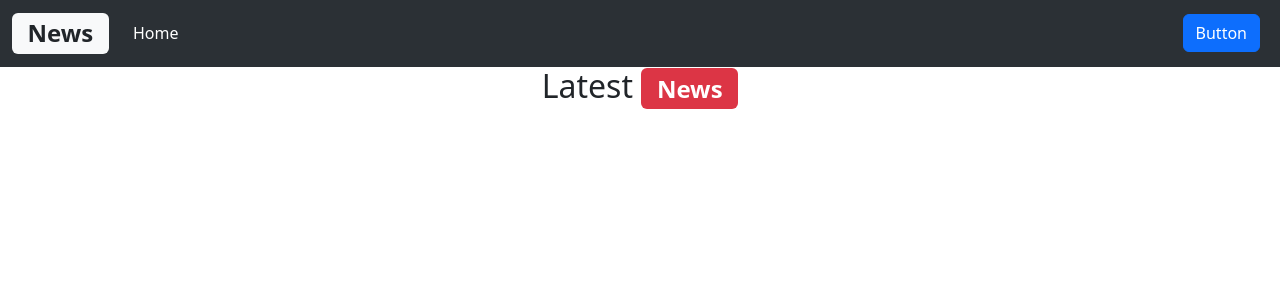
Repository: sshaiv/News_app
Page: /
These files come from the project's save history. The page is drawn as it stood at one moment and after a run of saves; the edit follows.
The browser window is 1280 px wide. The pictures show the whole page.
The page's requests for data from a server got no answer. The project was rebuilt for these pictures with package versions that can differ from the ones it lists, and the page was loaded fresh each time. No one was signed in, and anything a server would have sent is missing. Also part of the build but not shown: vite.config.js, src/Components/NewsItem.jsx, src/index.css.

Above is the page before, as saved 2024-07-15 12:18:06.

After the next 4 saves:
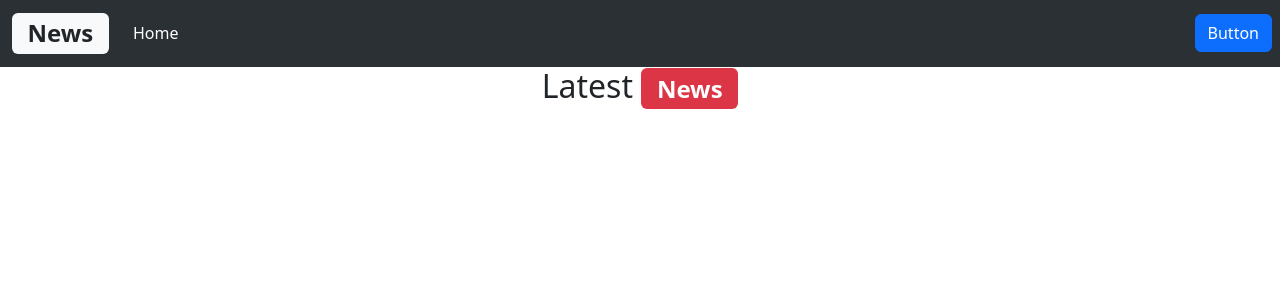
The 4 saves are shown as one change because they came seconds apart.
The last was saved 13 s later.
--- a/src/Components/Navbar.jsx
+++ b/src/Components/Navbar.jsx
@@ -17,11 +17,11 @@ const Navbar = () => {
         </li>
       </ul>
     </div>
-    <div class="d-grid gap-2 d-md-flex justify-content-md-end">
+  </div>
+
+  <div class="d-grid gap-2 d-md-flex justify-content-md-end">
   <button class="btn btn-primary me-md-2" type="button">Button</button>
 </div>
-  </div>
-
 </nav>
     </div>
   )
